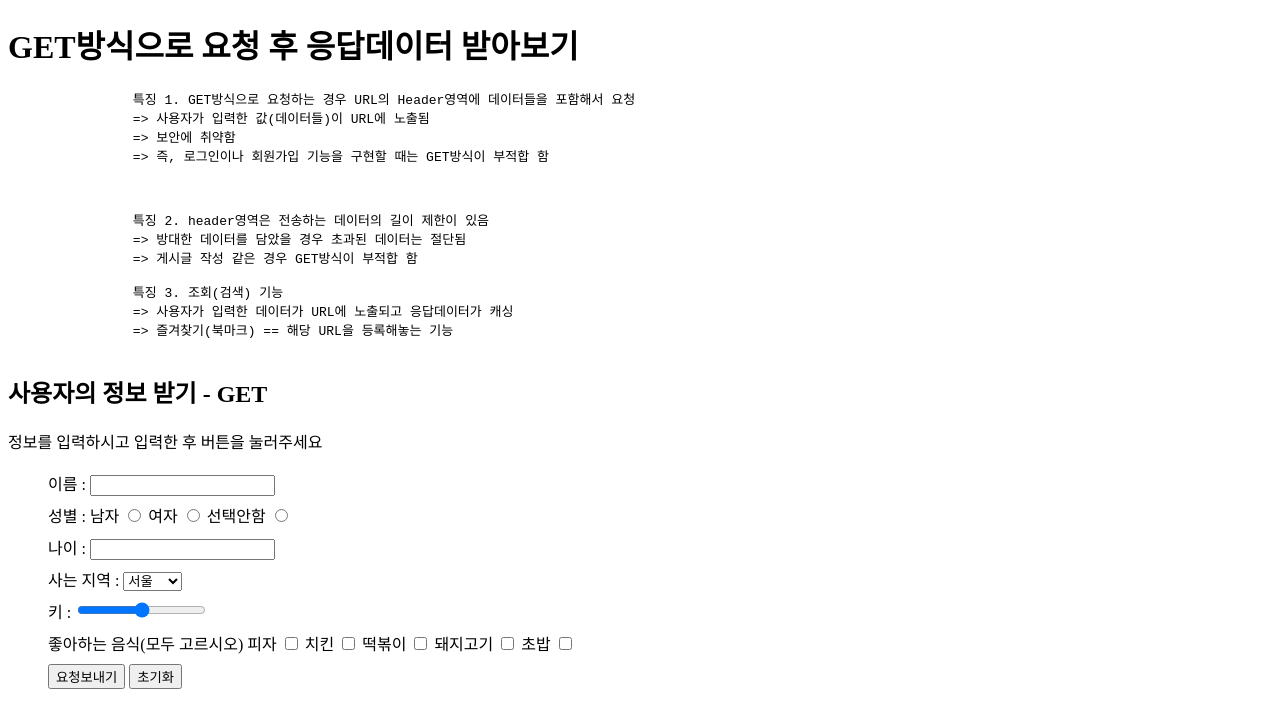
Repository: dltbxkfm86-creator/web
Page: MyFirstWebProject/src/main/webapp/views/request_post.html
The author's editor kept a copy of each file at every save. The page is drawn from the files as they stood at one save, then again after the next save.
The browser window is 1280 px wide. The pictures show the whole page.

Above is the page before, as saved 2025-09-23 02:37:38.

### MyFirstWebProject/src/main/webapp/views/request_post.html
<!DOCTYPE html>
<html>
<head>
<meta charset="UTF-8">
<title>Get방식 요청 테스트</title>
<style>
	ul {
		list-style : none;
		line-height: 200%;
	}
</style>
</head>
<body>
	<h1>GET방식으로 요청 후 응답데이터 받아보기</h1>

	<pre>
		특징 1. GET방식으로 요청하는 경우 URL의 Header영역에 데이터들을 포함해서 요청
		=> 사용자가 입력한 값(데이터들)이 URL에 노출됨
		=> 보안에 취약함
		=> 즉, 로그인이나 회원가입 기능을 구현할 때는 GET방식이 부적합 함 <br><br>

		특징 2. header영역은 전송하는 데이터의 길이 제한이 있음
		=> 방대한 데이터를 담았을 경우 초과된 데이터는 절단됨
		=> 게시글 작성 같은 경우 GET방식이 부적합 함

		특징 3. 조회(검색) 기능
		=> 사용자가 입력한 데이터가 URL에 노출되고 응답데이터가 캐싱
		=> 즐겨찾기(북마크) == 해당 URL을 등록해놓는 기능
	</pre>

	<h2> 사용자의 정보 받기 - GET </h2>
	<p>정보를 입력하시고 입력한 후 버튼을 눌러주세요</p>

	<!--
		form태그 안에 존재하는 submit 버튼 클릭 했을 때
		form태그의 속성 중 action속성에 작성된 URL로 요청이 감
		Controller에게 요청 보낸다!(Servlet)

		http://127.0.0.1:4000/first/서블릿매핑값.do

	 -->

	<form method="get" action="/first/get.do">
		<ul>
			<li>
				이름 : <input type="text" name="name">
			</li>
			<li>
				성별 :
				남자 <input type="radio" name="gender" value="남">
				여자 <input type="radio" name="gender" value="여">
				선택안함 <input type = "radio" name="gender" value="선택안함">
			</li>
			<li>
				나이 : <input type="number" name="age">
			</li>
			<li>
				사는 지역 :
				<select name="city">
					<option>서울</option>
					<option>제주도</option>
				</select>
			</li>
			<li>
				키 : <input type="range" min="130" max="220" name="height">
			</li>
			<li>
				좋아하는 음식(모두 고르시오)
				피자 <input type="checkbox" name="food" value="피자">
				치킨 <input type="checkbox" name="food" value="치킨">
				떡볶이 <input type="checkbox" name="food" value="떡볶이">
				돼지고기 <input type="checkbox" name="food" value="돼지고기">
				초밥 <input type="checkbox" name="food" value="초밥">
			</li>
			<li>
				<input type="submit" value="요청보내기">
				<input type="reset" value="초기화">
			</li>
		</ul>
	</form>

</body>
</html>

After the next save:
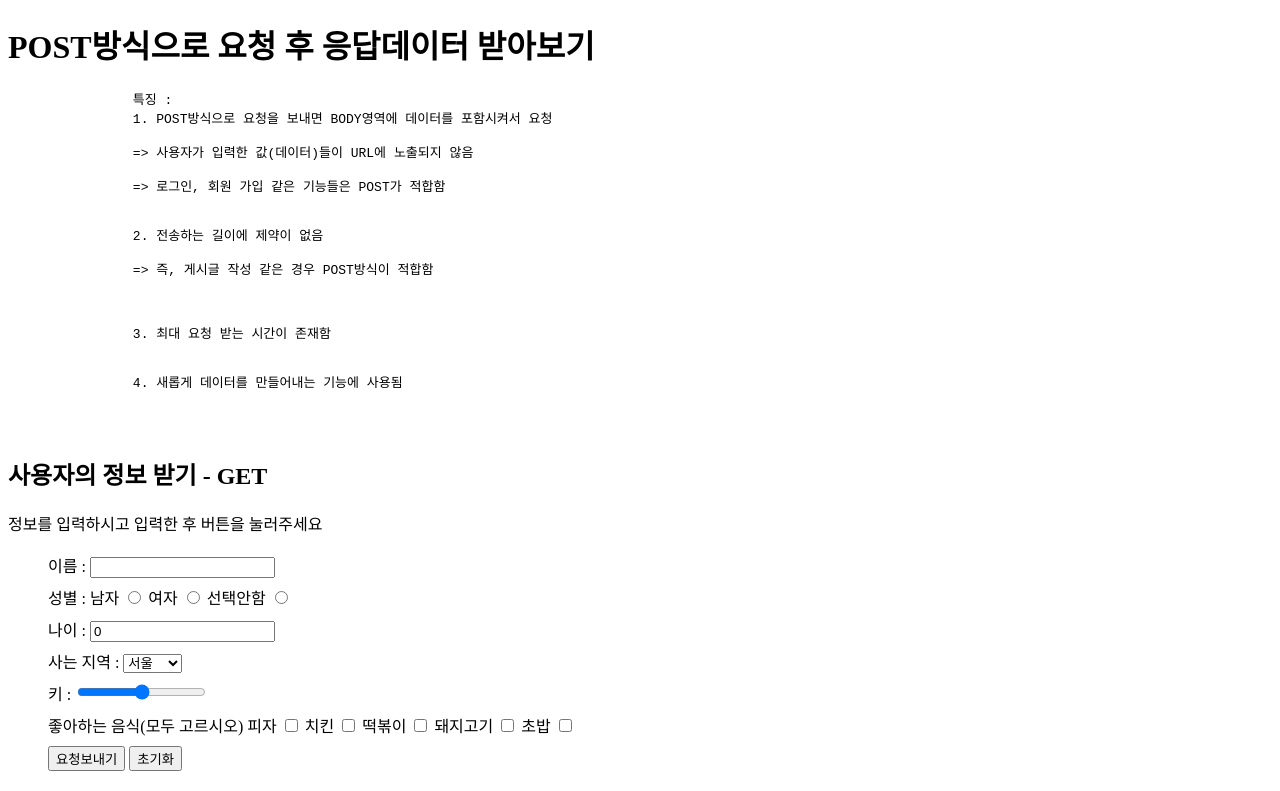
Saved 23 min 31 s later.
--- a/MyFirstWebProject/src/main/webapp/views/request_post.html
+++ b/MyFirstWebProject/src/main/webapp/views/request_post.html
@@ -11,21 +11,22 @@
 </style>
 </head>
 <body>
-	<h1>GET방식으로 요청 후 응답데이터 받아보기</h1>
+	<h1>POST방식으로 요청 후 응답데이터 받아보기</h1>
 
 	<pre>
-		특징 1. GET방식으로 요청하는 경우 URL의 Header영역에 데이터들을 포함해서 요청
-		=> 사용자가 입력한 값(데이터들)이 URL에 노출됨
-		=> 보안에 취약함
-		=> 즉, 로그인이나 회원가입 기능을 구현할 때는 GET방식이 부적합 함 <br><br>
+		특징 :
+		1. POST방식으로 요청을 보내면 BODY영역에 데이터를 포함시켜서 요청 <br>
+		=> 사용자가 입력한 값(데이터)들이 URL에 노출되지 않음 <br>
+		=> 로그인, 회원 가입 같은 기능들은 POST가 적합함 <br>
 
-		특징 2. header영역은 전송하는 데이터의 길이 제한이 있음
-		=> 방대한 데이터를 담았을 경우 초과된 데이터는 절단됨
-		=> 게시글 작성 같은 경우 GET방식이 부적합 함
+		2. 전송하는 길이에 제약이 없음 <br>
+		=> 즉, 게시글 작성 같은 경우 POST방식이 적합함 <br><br>
 
-		특징 3. 조회(검색) 기능
-		=> 사용자가 입력한 데이터가 URL에 노출되고 응답데이터가 캐싱
-		=> 즐겨찾기(북마크) == 해당 URL을 등록해놓는 기능
+		3. 최대 요청 받는 시간이 존재함 <br>
+
+		4. 새롭게 데이터를 만들어내는 기능에 사용됨
+
+
 	</pre>
 
 	<h2> 사용자의 정보 받기 - GET </h2>
@@ -40,7 +41,7 @@
 
 	 -->
 
-	<form method="get" action="/first/get.do">
+	<form method="post" action="/first/post.do">
 		<ul>
 			<li>
 				이름 : <input type="text" name="name">
@@ -52,7 +53,7 @@
 				선택안함 <input type = "radio" name="gender" value="선택안함">
 			</li>
 			<li>
-				나이 : <input type="number" name="age">
+				나이 : <input type="number" name="age" value="0">
 			</li>
 			<li>
 				사는 지역 :
